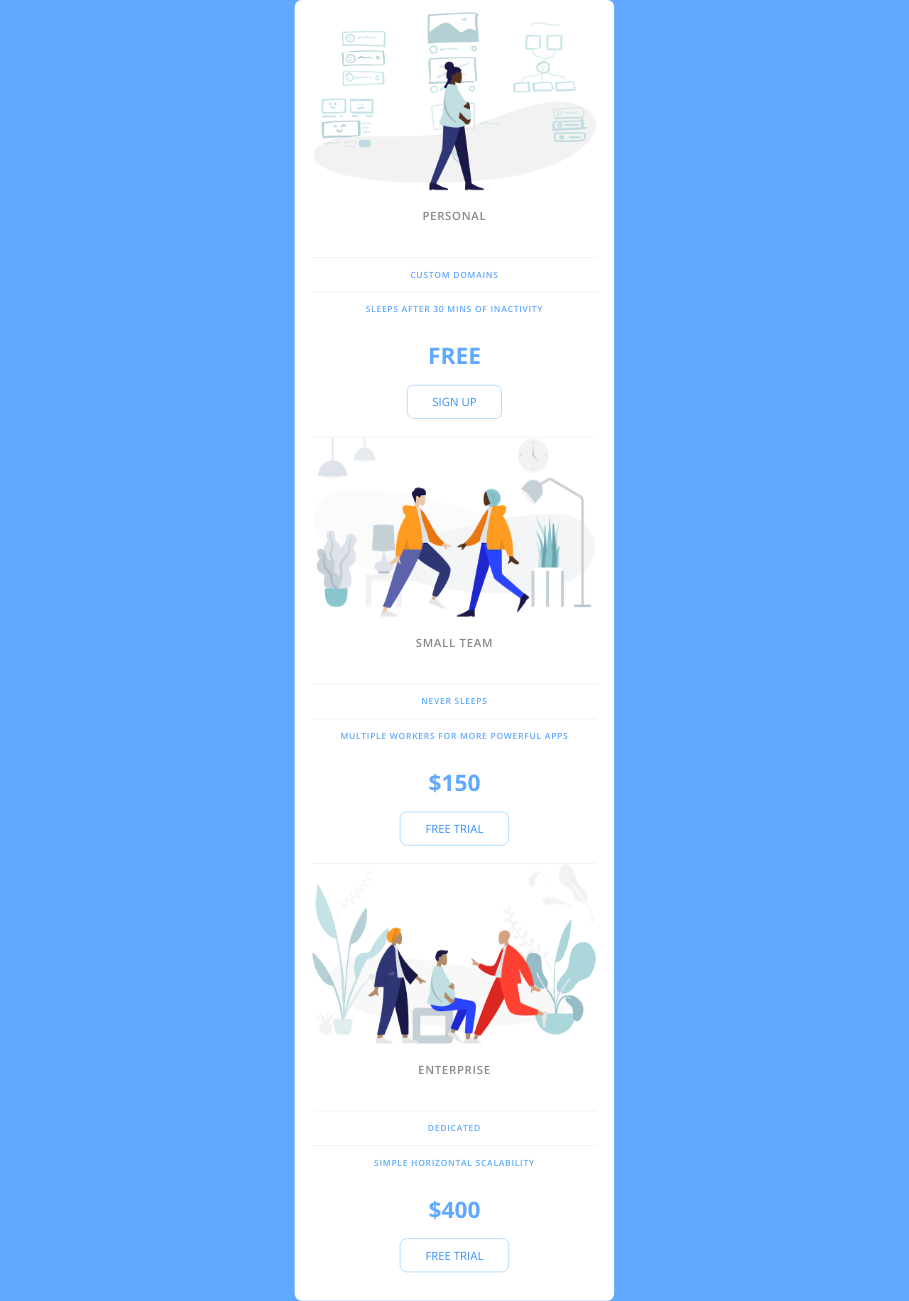
Repository: fatehailey/Pricing-Panel
Page: index.html
An editor plug-in stored every save of this project. The page is shown before and after a run of saves, followed by the edit.
The browser window is 1280 px wide. The pictures show the whole page, at 71% of full size.

Above is the page before, as saved 2022-09-16 12:48:22.

### index.html
<!DOCTYPE html>
<html lang="en">

<head>
    <meta charset="UTF-8">
    <meta name="viewport" content="width=device-width, initial-scale=1.0">
    <title>Price Tiers</title>
    <link rel="stylesheet" href="https://fonts.googleapis.com/css?family=Open+Sans:400,600,700">
    <link rel="stylesheet" href="app.css">
</head>

<body>
    <div class="panel pricing-table">

        <div class="pricing-plan">
            <img src="icons/icon1.png" alt="" class="pricing-img">
            <h2 class="pricing-header">Personal</h2>
            <ul class="pricing-features">
                <li class="pricing-features-item">Custom domains</li>
                <li class="pricing-features-item">Sleeps after 30 mins of inactivity</li>
            </ul>
            <span class="pricing-price">Free</span>
            <a href="#/" class="pricing-button">Sign up</a>
        </div>

        <div class="pricing-plan">
            <img src="icons/icon2.png" alt="" class="pricing-img">
            <h2 class="pricing-header">Small team</h2>
            <ul class="pricing-features">
                <li class="pricing-features-item">Never sleeps</li>
                <li class="pricing-features-item">Multiple workers for more powerful apps</li>
            </ul>
            <span class="pricing-price">$150</span>
            <a href="#/" class="pricing-button is-featured">Free trial</a>
        </div>

        <div class="pricing-plan">
            <img src="icons/icon3.png" alt="" class="pricing-img">
            <h2 class="pricing-header">Enterprise</h2>
            <ul class="pricing-features">
                <li class="pricing-features-item">Dedicated</li>
                <li class="pricing-features-item">Simple horizontal scalability</li>
            </ul>
            <span class="pricing-price">$400</span>
            <a href="#/" class="pricing-button">Free trial</a>
        </div>

    </div>

</body>

</html>

### app.css
/* http://meyerweb.com/eric/tools/css/reset/
   v2.0 | 20110126
   License: none (public domain)
*/

html, body, div, span, applet, object, iframe,
h1, h2, h3, h4, h5, h6, p, blockquote, pre,
a, abbr, acronym, address, big, cite, code,
del, dfn, em, img, ins, kbd, q, s, samp,
small, strike, strong, sub, sup, tt, var,
b, u, i, center,
dl, dt, dd, ol, ul, li,
fieldset, form, label, legend,
table, caption, tbody, tfoot, thead, tr, th, td,
article, aside, canvas, details, embed,
figure, figcaption, footer, header, hgroup,
menu, nav, output, ruby, section, summary,
time, mark, audio, video {
	margin: 0;
	padding: 0;
	border: 0;
	font-size: 100%;
	font: inherit;
	vertical-align: baseline;
}
/* HTML5 display-role reset for older browsers */
article, aside, details, figcaption, figure,
footer, header, hgroup, menu, nav, section {
	display: block;
}
body {
	line-height: 1;
}
ol, ul {
	list-style: none;
}
blockquote, q {
	quotes: none;
}
blockquote:before, blockquote:after,
q:before, q:after {
	content: '';
	content: none;
}
table {
	border-collapse: collapse;
	border-spacing: 0;
}


html {
    box-sizing: border-box;
    font-family: 'Open Sans', sans-serif;
}
body{
    background-color: #60a9ff;
    display: flex;
    justify-content: center;
    align-items: center;
    min-height: 100vh;
}

.panel{
    background-color: white;
    border-radius: 10px;
    padding: 15px 25px;
    max-width: 960px;
    display: flex;
    flex-direction: column;
    text-align: center;
    text-transform: uppercase;
}

.pricing-plan:not(:last-child) {
    border-bottom: 1px solid #e1f1ff;
  }

.pricing-img {
    margin-bottom: 25px;
    width: 100%;
}

.pricing-header{
    color: #888;
    font-weight: 600;
    letter-spacing: 1px;
}

.pricing-features{
    margin: 50px 0 25px;
    color: #60a9ff;
}

.pricing-features-item{
    font-weight: 600;
    letter-spacing: 1px;
    font-size: 12px;
    line-height: 1.5;
    padding: 15px 0;
    border-top: 1px solid #e1f1ff;
}

.pricing-features:last-child{
    border-bottom: 1px solid #e1f1ff;
}
.pricing-price{
    color: #60a9ff;
    display: block;
    font-size: 32px;
    font-weight: 700;
}

.pricing-button {
    border: 1px solid #9dd1ff;
    border-radius: 10px;
    color: #348efe;
    display: inline-block;
    padding: 15px 35px;
    text-decoration: none;
    margin: 25px 0;
    transition: background-color 200ms ease-in-out ;
}

.pricing-button:hover, .pricing-button:focus{
    background-color: #e1f1ff;
}

.pricing-button.is-featured{

}

After the next 6 saves:
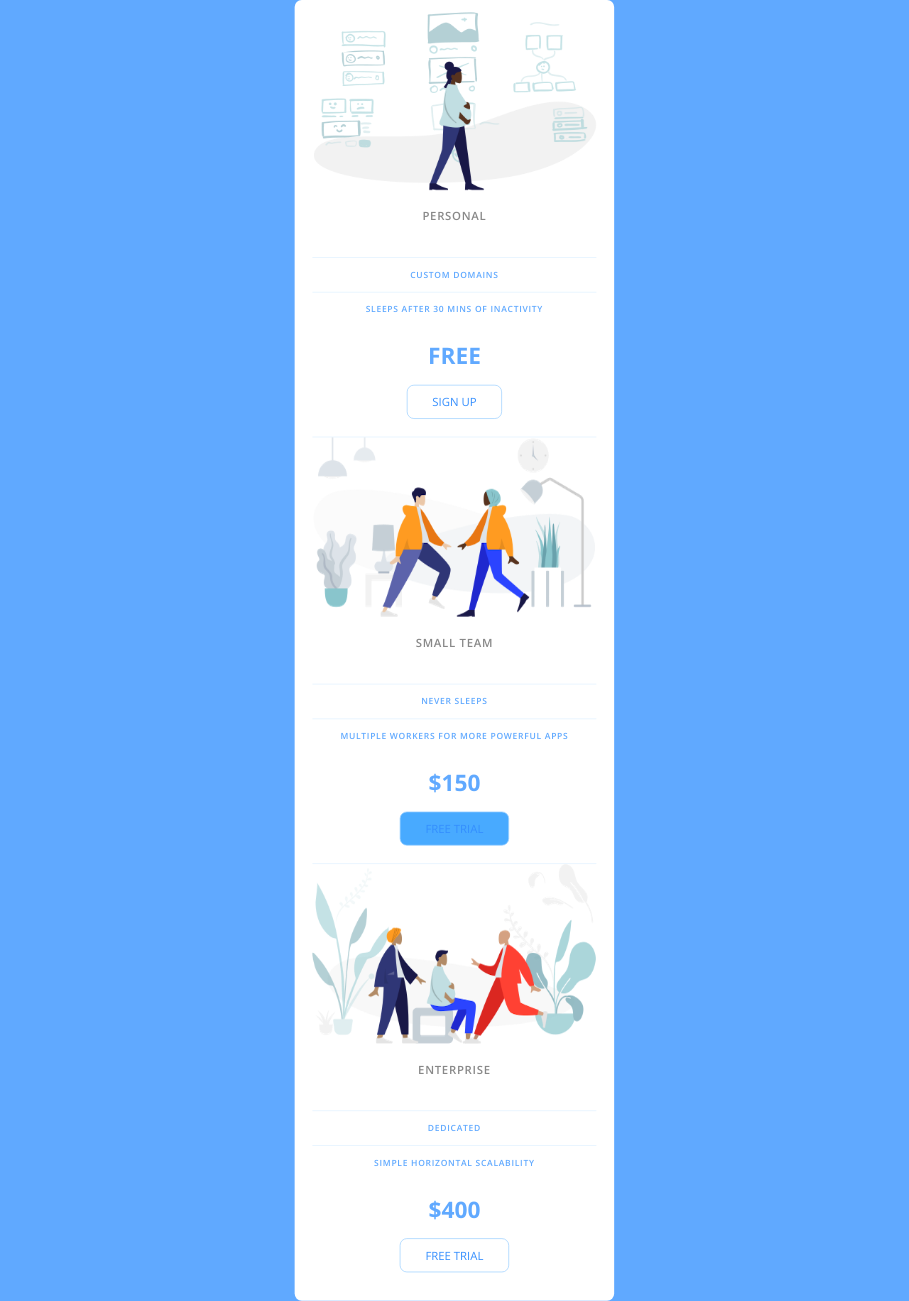
The 6 saves are shown as one change because they came seconds apart.
The last was saved 19 s later.
--- a/app.css
+++ b/app.css
@@ -126,5 +126,6 @@
 }
 
 .pricing-button.is-featured{
-
+    background-color: #48aaff;
+    color
 }
